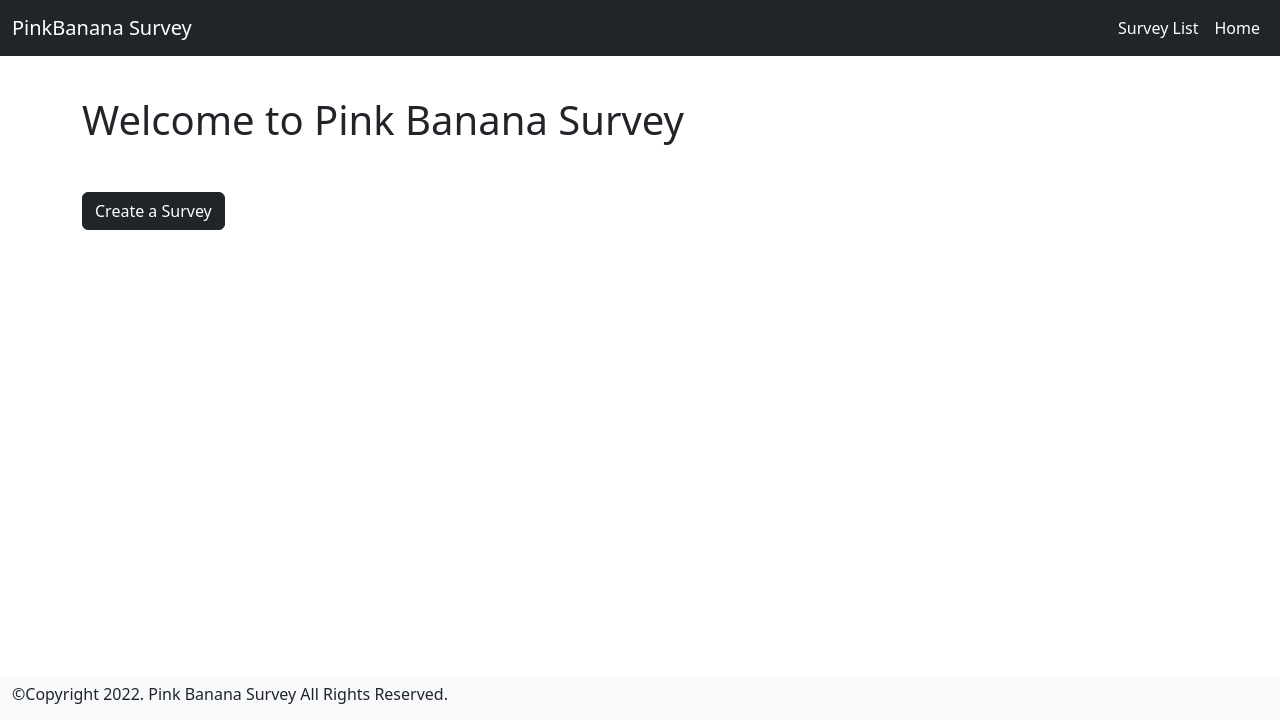
Repository: miaaow42/BananaProject
Page: / (app in front-end/)
The author's editor kept a copy of each file at every save. The page is drawn from the files as they stood at one save, then again after the next save.
The browser window is 1280 px wide. The pictures show the whole page.
The project was rebuilt for these pictures with package versions that can differ from the ones it lists, and the page was loaded fresh each time. Also part of the build but not shown: front-end/src/App.css.

Above is the page before, as saved 2022-12-08 04:58:25.

After the next save:
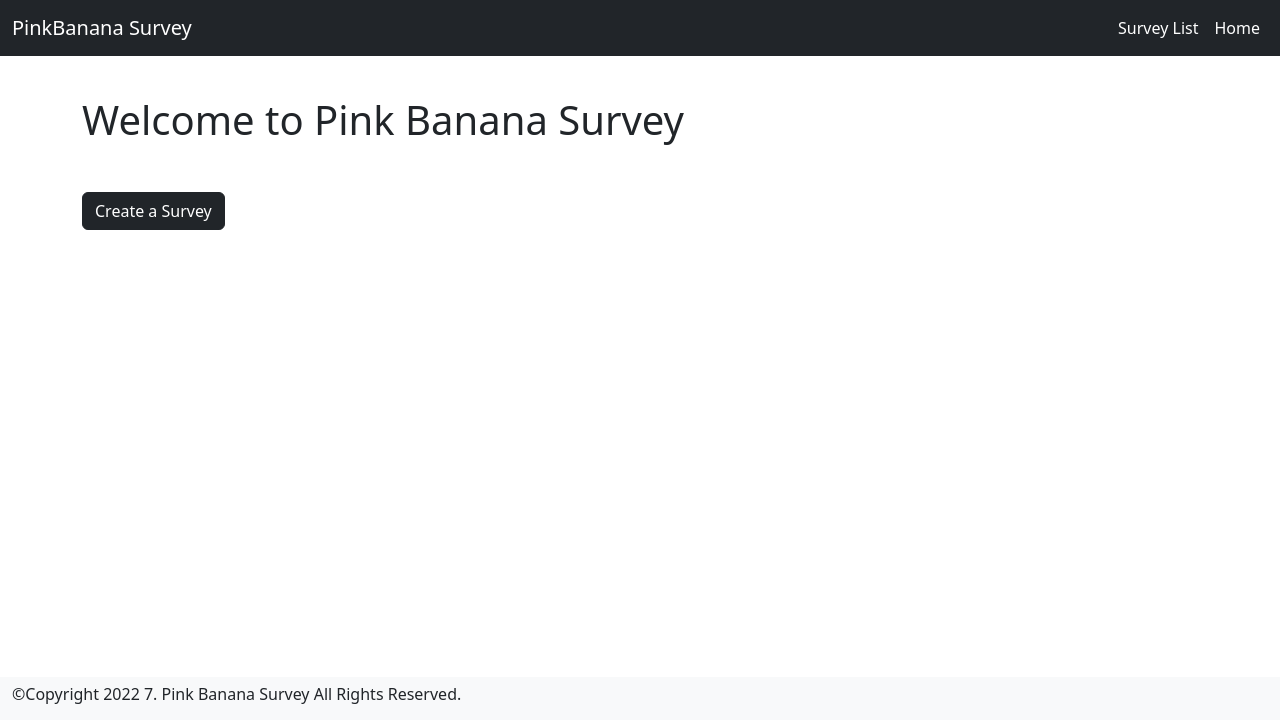
Saved 2 min 1 s later.
--- a/front-end/src/components/footer.tsx
+++ b/front-end/src/components/footer.tsx
@@ -7,14 +7,15 @@ function Footer()
     function getDate(): number
     {
         let date = new Date();
-        return date.getFullYear();
+        return date.getDate();
     }
+
 
 
     return(
         <nav className="navbar fixed-bottom bg-light">
         <div className="container-fluid">
-          <h6 >&copy;Copyright {getDate()}. Pink Banana Survey All Rights Reserved. </h6>
+          <h6 >&copy;Copyright 2022 {getDate()}. Pink Banana Survey All Rights Reserved. </h6>
         </div>
       </nav>
     )
